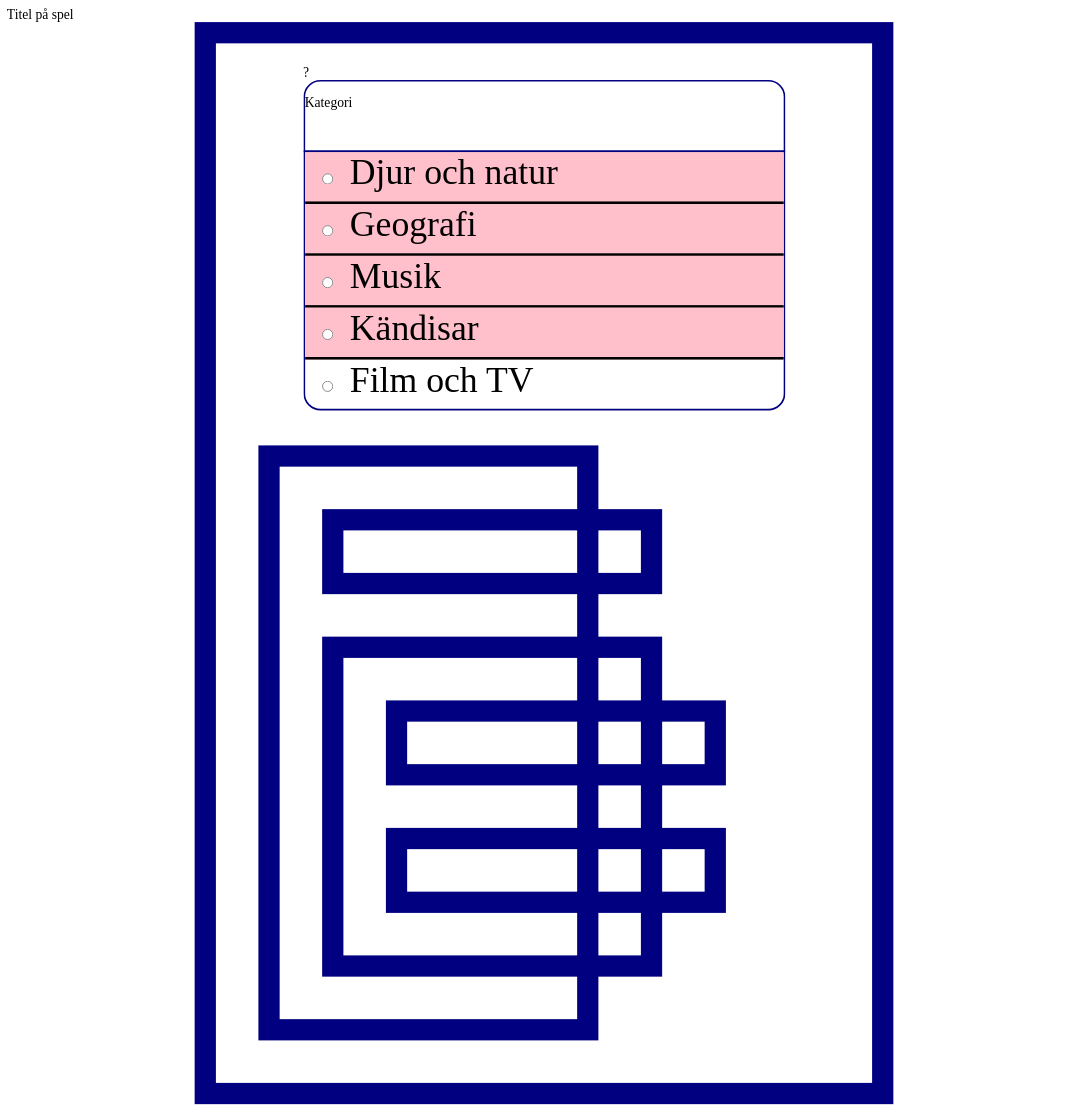
Repository: ed222gg/project2
Page: pages/start.html
The author's editor kept a record of every edit. The page is drawn from the files as they stood at one moment, then again after the next edit.
The browser window is 1280 px wide. The pictures show the whole page, at 85% of full size.

Above is the page before.

### pages/start.html
<!DOCTYPE html>
<html>

<head>
    <meta charset="utf-8" />
    <title>Index</title>
    <link rel="stylesheet" type="text/css" href="../css/style.css" />
</head>

<body>
    <header>Titel på spel</header>
    <main>
        <div id="container">
            <div id="help">?</div>
            <div id="CategoryTitle"><p>Kategori</div>
            <div id="categories">
                <ul>
                    <div id="li0"><li><input type="radio" id="c0" name="category" value="0">Djur och natur</li></div>
                    <div id="li1"><li><input type="radio" id="c1" name="category" value="1">Geografi</li></div>
                 <div id="li2">   <li><input type="radio" id="c2" name="category" value="2">Musik</li></div>
                  <div id="li3"> <li><input type="radio" id="c3" name="category" value="3">Kändisar</li></div>
                  <div id="li4">  <li><input type="radio" id="c4" name="category" value="4">Film och TV</li></div>
                </ul>




            </div>
        </div>
        <!-- <template id="tamplate"> -->
        <div id="gameLayout">
            <div id="topLayout"></div>
            <div id="bottomLayout">
                <div id="bottomLeft"></div>
            <div id="bottomRight"></div>
        </div>
        </div>
        <!-- </template> -->

    </main>
    <script src="../script/Game.js" type="text/javascript"></script>
</body>

</html>

<!-- main funktionen
   var template = document.querySelector('#template');
   var gameLayout = template.content.querySelector('#gameLayout').cloneNode(true);

   // om du vill hämta element i main funktionen
   gameLayout.questionP = gameLayout.querySelector('#question');
   gameLayout.questionP.innerHTML ='vem van vm 2011';

   // lägger ut allt
   container.appendChild(gameLayout);
   <--

### css/style.css
body{
    background: #FFFFFF;
}

main{
    /* float: right; */
  overflow: auto;
  margin: auto;
  width: 722px;
  padding: 25px;
  border: 25px solid navy;
}
header{}
input{

    margin: 20px;}

#template{ }
#gameLayout{
    float:left;
    width: 300px;
    padding: 25px;
    border: 25px solid navy;
    margin: 25px;}
#topLayout{
      float:left;
      width: 300px;
    padding: 25px;
    border: 25px solid navy;
    margin: 25px;}
#bottomLayout{   float:left;width: 300px;
    padding: 25px;
    border: 25px solid navy;
    margin: 25px;}
#bottomLeft{  float:left; width: 300px;
    padding: 25px;
    border: 25px solid navy;
    margin: 25px;}
#bottomRight{   float:left;width: 300px;
    padding: 25px;
    border: 25px solid navy;
    margin: 25px;}



#categories{  float:left;
    margin: 0px;
    padding: 0px;
    list-style-type: none;
}


#container{    overflow: auto;
  /* float: left; */
  width: 567px;
  padding: -29px;
 /* border: 8px solid navy;*/
  margin: auto;
}


#CategoryTitle{


  width: 563px;
  height: 81px;
  /* padding: 18px; */
  border: 2px solid navy;
  /* margin: 25px; */
  margin: auto;
  border-radius-top: 12px;
  border-top-left-radius: 20px;
  border-top-right-radius: 20px;

}


 ul{
  padding: 0px;
  margin-top: -2px;
  width: 563px;
  border: 2px solid navy;
  border-bottom-left-radius: 20px;
  border-bottom-right-radius: 20px;

 }
 li{  /* width: 51px; */
  font-size: 42px;
  /* font-family: serif; */
  list-style-type: none;
  /* width: 200px; */
 }

input#c:hover {
  cursor:pointer;

 }

#li0{
background-color:pink;
border-bottom-style: solid;
}
#li1{
background-color:pink;
border-bottom-style: solid;
}

#li2{
background-color:pink;
border-bottom-style: solid;
}

#li3{
background-color:pink;
border-bottom-style: solid;
}

### script/Game.js
"use strict"; //objekt.metod/egenskap(argument)

var Game= {

    pos: 0,
    categoryNr: undefined,
    test: undefined,
    testStatus: undefined,
    question: undefined,
    choice: undefined,
    choises: undefined,
    chA: undefined,
    chB: undefined,
    correct: 0,
    questionsArray: [],


    init: function() {
        var radios = document.getElementsByName('category'); // samla alla cetegoryelementen i en lista
        console.log(radios)

        for (var i = 0; i < radios.length; i++) {
            eventClick(i);
        }
        //funktionen eventclick som vi kallar på i forloopen ovan,
        //lägger en eventlistener på alla elementen i radios
        function eventClick(categoryId){
            radios[categoryId].addEventListener("click", function() {
            if (radios[categoryId].checked)
            {

                //nu har vi checkat samt vet vilket id categorin har. nu kan vi sätta rätt frågor. next step.
                //hmm hur var det jag hade tänkt nu då...
                console.log(categoryId)

            }


            });
        }



    },
};
//När sidan har laddads in så anropas init.
window.onload = Game.init;


 /* // main funktionen
   var template = document.querySelector('#template');
   var gameLayout = template.content.querySelector('#gameLayout').cloneNode(true);

   // om du vill hämta element i main funktionen
   gameLayout.questionP = gameLayout.querySelector('#question');
   gameLayout.questionP.innerHTML ='vem van vm 2011';

   // lägger ut allt
   container.appendChild(gameLayout);*/

After the next edit:
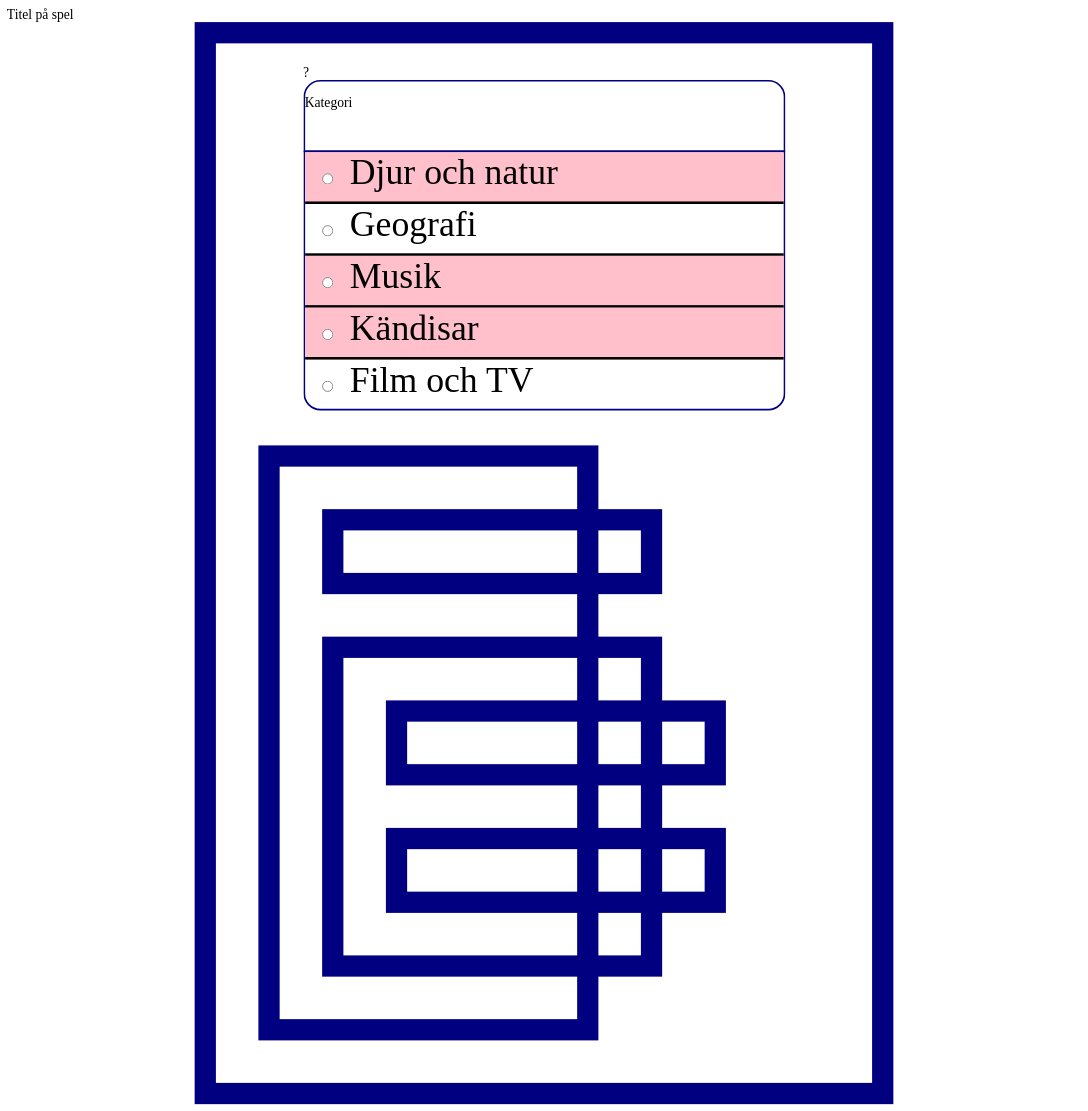
The edit:
--- a/css/style.css
+++ b/css/style.css
@@ -101,7 +101,7 @@
 border-bottom-style: solid;
 }
 #li1{
-background-color:pink;
+
 border-bottom-style: solid;
 }
 
